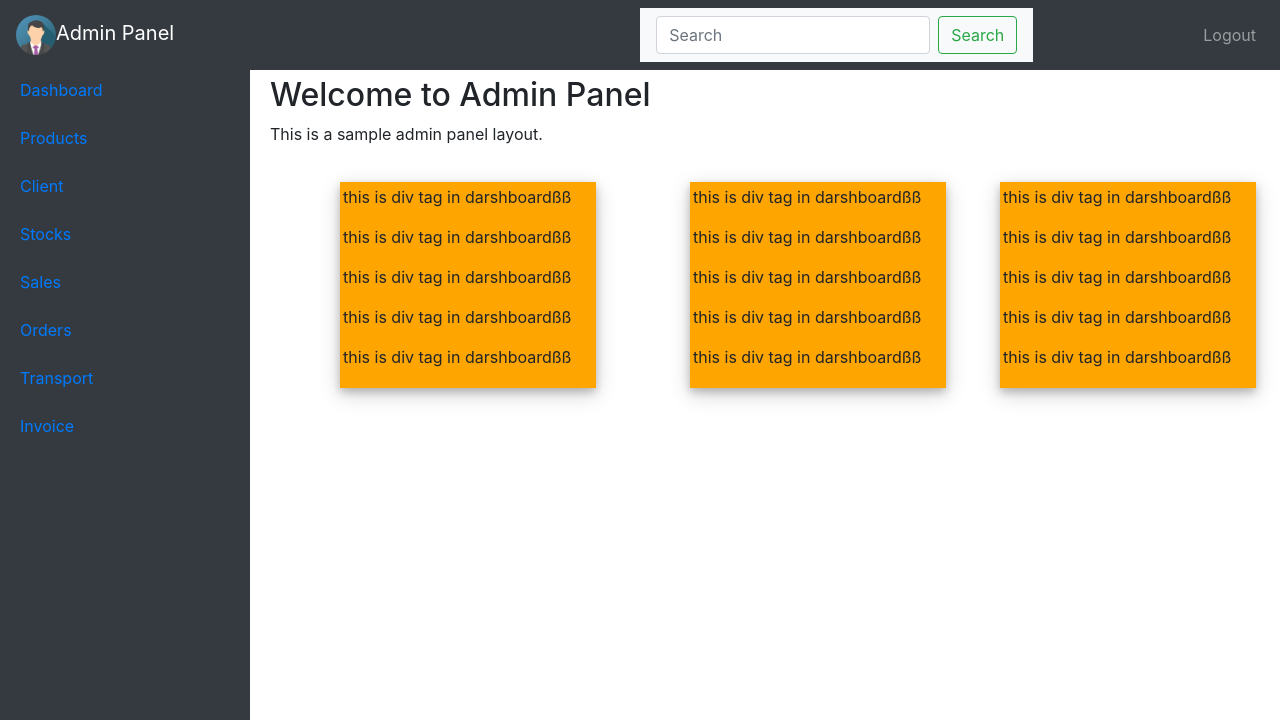
Repository: AmrutaAware/CodingQueens
Page: workspaceBilling/BillingSystem/src/main/webapp/home.html
The author's editor kept a copy of each file at every save. The page is drawn from the files as they stood at one save, then again after the next save.
The browser window is 1280 px wide. The pictures show the whole page.
Some web libraries are served in a nearby version.

Above is the page before, as saved 2024-03-14 11:21:25.

After the next save:
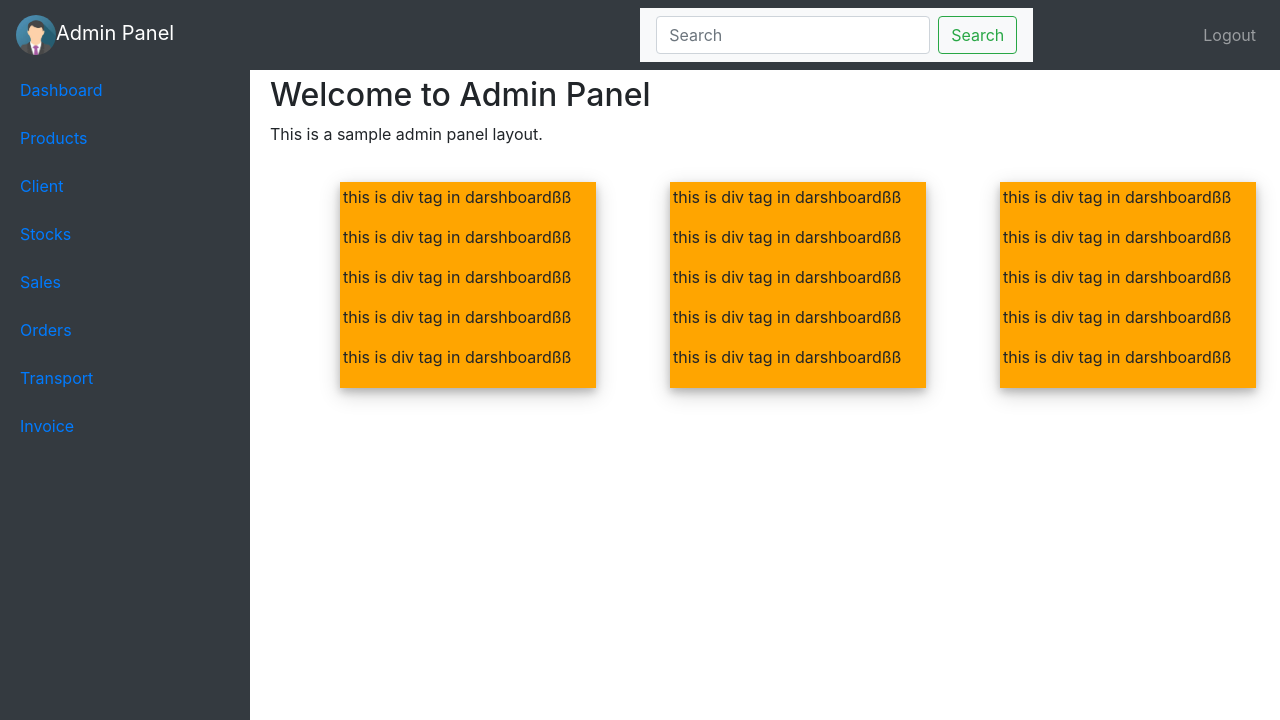
Saved 17 s later.
--- a/workspaceBilling/BillingSystem/src/main/webapp/home.html
+++ b/workspaceBilling/BillingSystem/src/main/webapp/home.html
@@ -53,7 +53,7 @@
     width:20%;
     /* height:30%; */
     position:absolute;
-    left:690px;
+    left:670px;
     background:orange;
     border: 3px solid orange;
   box-shadow: 0 4px 8px 0 rgba(0, 0, 0, 0.2), 0 6px 20px 0 rgba(0, 0, 0, 0.19);
